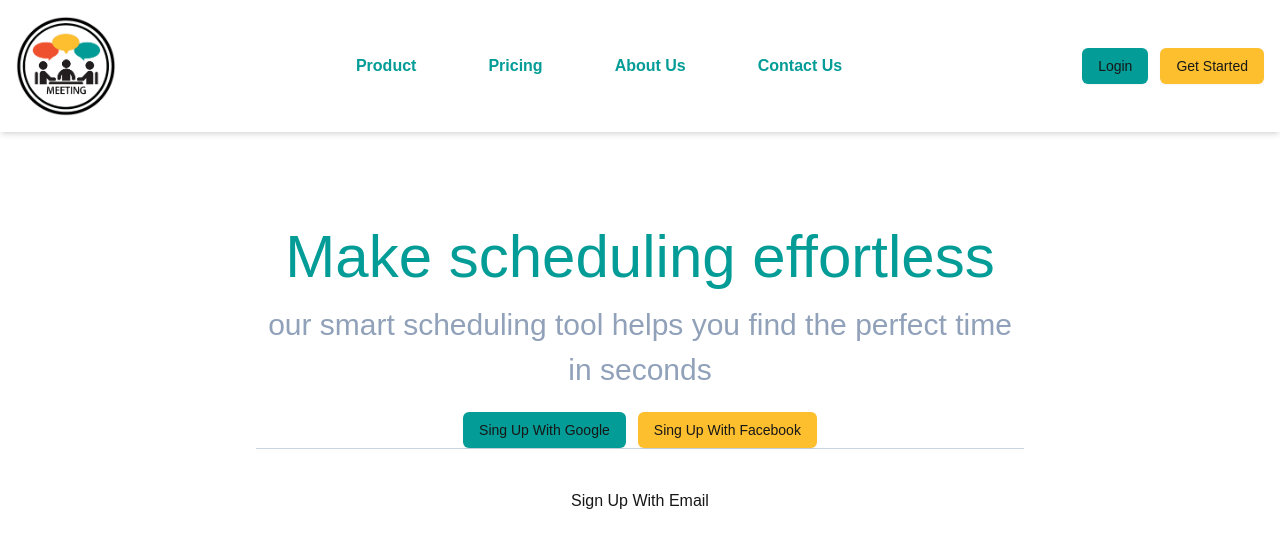
Repository: walaa-horani/scheduleMeetingNextjs
Page: /
These files come from the project's save history. The page is drawn as it stood at one moment and after the next save; the edit follows.
The browser window is 1280 px wide. The pictures show the whole page.
The project was rebuilt for these pictures with package versions that can differ from the ones it lists, and the page was loaded fresh each time. The framework's server and built-in components were replaced by stand-ins that run in the browser. Also part of the build but not shown: next.config.mjs.

Above is the page before, as saved 2025-05-21 22:35:02.

### app/page.js
import Image from "next/image";
import Header from "./_components/Header";
export default function Home() {
  return (
    <div >
      <Header/>
    </div>
  );
}

### app/_components/Header.js
import React from 'react'
import Image from 'next/image'
import { Button } from '@/components/ui/button'
import Link from 'next/link'
function Header() {
  return (
    <div>
        <div className='flex justify-between items-center p-4 shadow-md'>
            <Image className='w-[70px] md:w-[100px]' width={70} height={70} alt='logo' src="/logo.png"/>

            <ul className=' hidden text-[#039C96] font-bold  md:flex gap-14'>
                <li className= 'hover:bg-[#d0efee] transition-all duration-300 p-2 cursor-pointer'>Product</li>
                 <li className= 'hover:bg-[#d0efee] transition-all duration-300 p-2 cursor-pointer'>Pricing</li>
                  <li className= 'hover:bg-[#d0efee] transition-all duration-300 p-2 cursor-pointer'>About Us</li>
                   <li className= 'hover:bg-[#d0efee] transition-all duration-300 p-2 cursor-pointer'>Contact Us</li>
            </ul>

            <div >
                <Button className="bg-[#039C96] mr-3 cursor-pointer">Login</Button>
                 <Button className="bg-[#FEBF2F] cursor-pointer">Get Started</Button>
            </div>
        </div>

        <div className='text-center mt-20 max-w-3xl m-auto'>
          <h1 className=' text-[40px] md:text-[60px] text-[#039C96]'>Make scheduling effortless</h1>
          <h1 className='text-[30px] text-slate-400'> our smart scheduling tool helps you find the perfect time in seconds </h1>


            <div className='mt-5 '>
                <Button className="bg-[#039C96] mr-3 cursor-pointer">Sing Up With Google</Button>
                 <Button className="bg-[#FEBF2F] cursor-pointer">Sing Up With Facebook</Button>
            </div>
            <hr className= 'p-5 text-slate-300' />
            <h2><Link href="" className="text-primary">Sign Up With Email</Link> </h2>
        </div>
    </div>
  )
}

export default Header

### components/ui/button.jsx
import * as React from "react"
import { Slot } from "@radix-ui/react-slot"
import { cva } from "class-variance-authority";

import { cn } from "@/lib/utils"

const buttonVariants = cva(
  "inline-flex items-center justify-center gap-2 whitespace-nowrap rounded-md text-sm font-medium transition-all disabled:pointer-events-none disabled:opacity-50 [&_svg]:pointer-events-none [&_svg:not([class*='size-'])]:size-4 shrink-0 [&_svg]:shrink-0 outline-none focus-visible:border-ring focus-visible:ring-ring/50 focus-visible:ring-[3px] aria-invalid:ring-destructive/20 dark:aria-invalid:ring-destructive/40 aria-invalid:border-destructive",
  {
    variants: {
      variant: {
        default:
          "bg-[#039C96] text-primary-foreground shadow-xs hover:bg-primary/90",
        destructive:
          "bg-destructive text-white shadow-xs hover:bg-destructive/90 focus-visible:ring-destructive/20 dark:focus-visible:ring-destructive/40 dark:bg-destructive/60",
        outline:
          "border bg-background shadow-xs hover:bg-accent hover:text-accent-foreground dark:bg-input/30 dark:border-input dark:hover:bg-input/50",
        secondary:
          "bg-secondary text-secondary-foreground shadow-xs hover:bg-secondary/80",
        ghost:
          "hover:bg-accent hover:text-accent-foreground dark:hover:bg-accent/50",
        link: "text-primary underline-offset-4 hover:underline",
      },
      size: {
        default: "h-9 px-4 py-2 has-[>svg]:px-3",
        sm: "h-8 rounded-md gap-1.5 px-3 has-[>svg]:px-2.5",
        lg: "h-10 rounded-md px-6 has-[>svg]:px-4",
        icon: "size-9",
      },
    },
    defaultVariants: {
      variant: "default",
      size: "default",
    },
  }
)

function Button({
  className,
  variant,
  size,
  asChild = false,
  ...props
}) {
  const Comp = asChild ? Slot : "button"

  return (
    <Comp
      data-slot="button"
      className={cn(buttonVariants({ variant, size, className }))}
      {...props} />
  );
}

export { Button, buttonVariants }

Loaded but not shown: app/layout.js (common file); app/globals.css (common file); lib/utils.js (common file)

After the next save:
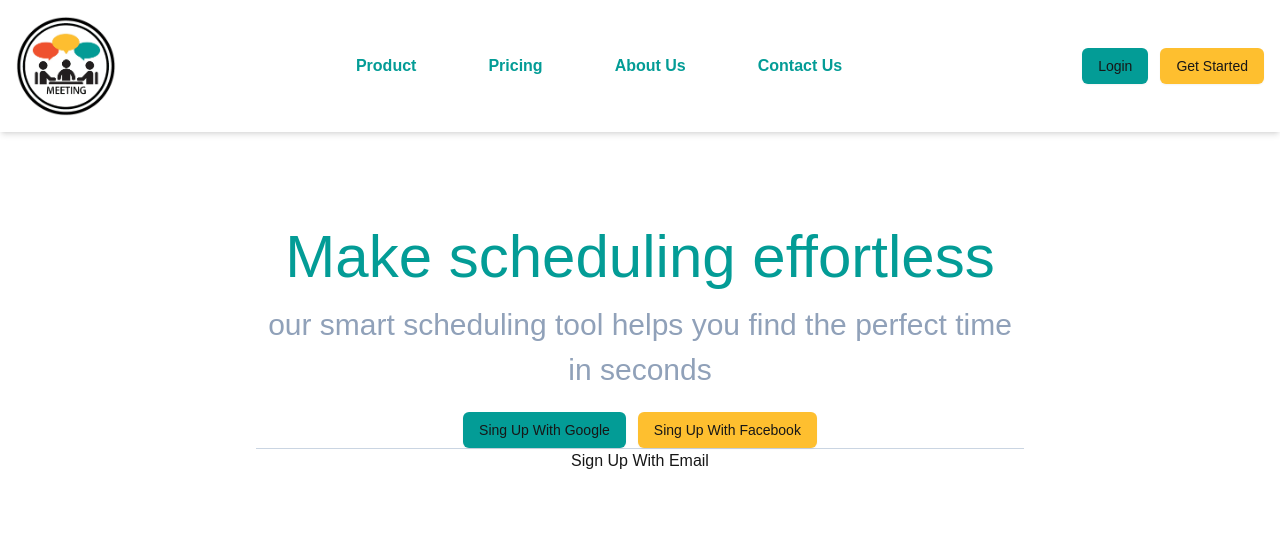
Saved 5 s later.
--- a/app/_components/Header.js
+++ b/app/_components/Header.js
@@ -30,7 +30,7 @@
                 <Button className="bg-[#039C96] mr-3 cursor-pointer">Sing Up With Google</Button>
                  <Button className="bg-[#FEBF2F] cursor-pointer">Sing Up With Facebook</Button>
             </div>
-            <hr className= 'p-5 text-slate-300' />
+            <hr className= 'text-slate-300' />
             <h2><Link href="" className="text-primary">Sign Up With Email</Link> </h2>
         </div>
     </div>
